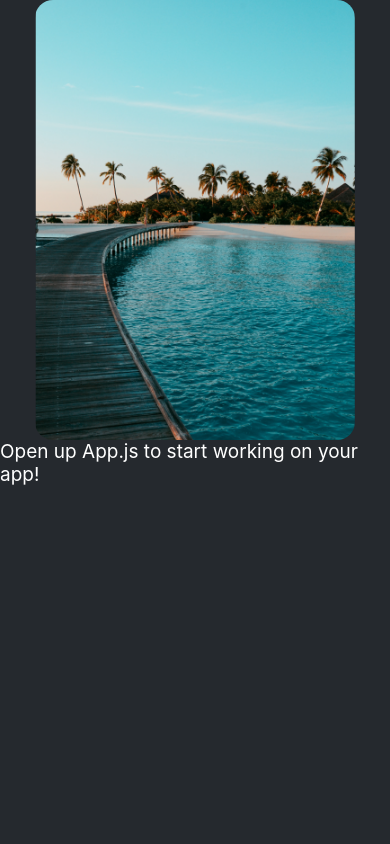
Repository: Ghostlybot16/Capstone_Proj
Screen: /
These files come from the project's save history. The screen is drawn as it stood at one moment and after the next save; the edit follows.
The app was drawn by React Native's web renderer in a window 390 px wide. The project was rebuilt for these pictures with package versions that can differ from the ones it lists, and the page was loaded fresh each time.

Above is the screen before, as saved 2024-09-21 09:35:38.

### App.js
import { StatusBar } from 'expo-status-bar';
import { StyleSheet, Text, View,Image } from 'react-native';

const placeholderImage = require('./assets/images/background-image.png');

export default function App() {
  return (
    <View style={styles.container}>
      <Image source={placeholderImage} style={styles.image}></Image>
      <Text style={{color:"#fff", fontSize:"19px"}}>Open up App.js to start working on your app!</Text>
      <StatusBar style="auto" />
    </View>
  );
}
const styles = StyleSheet.create({
  container: {
    flex: 1,
    backgroundColor: '#25292e',
    alignItems: 'center',
  },
  imageContainer: {
    flex: 1,
    paddingTop: 58,
  },
  image: {
    width: 320,
    height: 440,
    borderRadius: 18,
  },
});

After the next save:
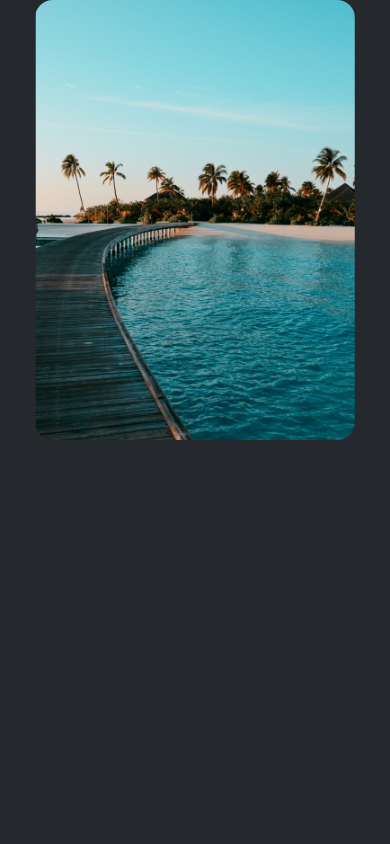
Saved 75 s later.
--- a/App.js
+++ b/App.js
@@ -7,7 +7,7 @@ export default function App() {
   return (
     <View style={styles.container}>
       <Image source={placeholderImage} style={styles.image}></Image>
-      <Text style={{color:"#fff", fontSize:"19px"}}>Open up App.js to start working on your app!</Text>
+
       <StatusBar style="auto" />
     </View>
   );
